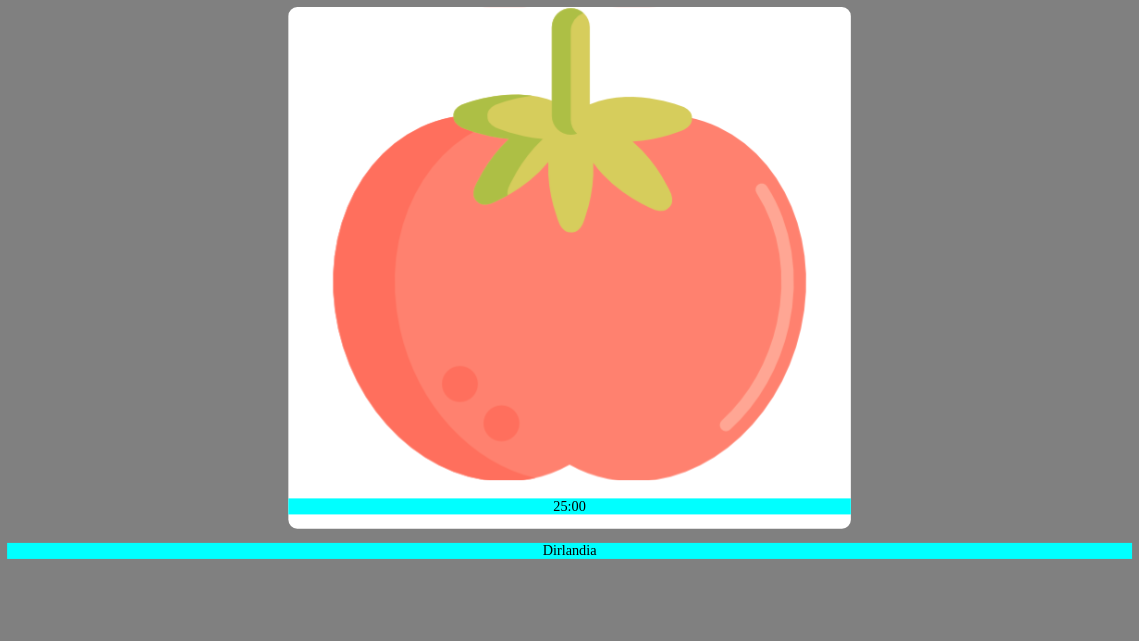
Repository: Dirlandia404/pomodoro
Page: /
The author's editor kept a copy of each file at every save. The page is drawn from the files as they stood at one save, then again after the next save.
The browser window is 1280 px wide. The pictures show the whole page, at 89% of full size.
The project was rebuilt for these pictures with package versions that can differ from the ones it lists, and the page was loaded fresh each time.

Above is the page before, as saved 2021-11-24 23:12:54.

### public/index.html
<!DOCTYPE html>
<html lang="en">

<head>
  <meta charset="utf-8" />
  <link rel="icon" href="%PUBLIC_URL%/image 1.png" />
  <meta name="viewport" content="width=device-width, initial-scale=1" />
  <meta name="theme-color" content="#000000" />
  <meta name="description" content="Web site created using create-react-app" />
  <link rel="apple-touch-icon" href="%PUBLIC_URL%/logo192.png" />
  <!--
      manifest.json provides metadata used when your web app is installed on a
      user's mobile device or desktop. See https://developers.google.com/web/fundamentals/web-app-manifest/
    -->
  <link rel="manifest" href="%PUBLIC_URL%/manifest.json" />
  <!--
      Notice the use of %PUBLIC_URL% in the tags above.
      It will be replaced with the URL of the `public` folder during the build.
      Only files inside the `public` folder can be referenced from the HTML.

      Unlike "/favicon.ico" or "favicon.ico", "%PUBLIC_URL%/favicon.ico" will
      work correctly both with client-side routing and a non-root public URL.
      Learn how to configure a non-root public URL by running `npm run build`.
    -->
  <title>Pomodoro Clock</title>
</head>

<body>
  <noscript>You need to enable JavaScript to run this app.</noscript>
  <div id="root"></div>
  <!--
      This HTML file is a template.
      If you open it directly in the browser, you will see an empty page.

      You can add webfonts, meta tags, or analytics to this file.
      The build step will place the bundled scripts into the <body> tag.

      To begin the development, run `npm start` or `yarn start`.
      To create a production bundle, use `npm run build` or `yarn build`.
    -->
</body>

</html>

### src/index.jsx
import React from "react";
import ReactDOM from "react-dom";
import Clock from "./componentes/Primeiro";

function App() {
    const  tempo ={time:25};

    return(
        <div className="App">
            <Clock trabalho={tempo} />
        </div>
    );
}
ReactDOM.render(
    <App />,
    document.getElementById("root")
)

### src/componentes/Primeiro.jsx
import { useEffect, useState } from "react";
import "./componente.css";

function Clock(props){
  const [time, setTime] = useState(25);

    const tick = () =>{
        if(time === 0){
            reset();
        }else{
            setTime([time -1]);
        }
    }
    const reset = () => setTime(parseInt(time));

    useEffect(() =>{
        const timerId = setInterval(() => tick, 60);
        return () => clearInterval(timerId)
    })
    return (
        <main>
            <form action="">
                <img src="/tomato.svg" alt="Tomate" />
                <p>25:00</p>
            </form>
           <p>Dirlandia</p>
        </main>
    );
}

export default Clock

### src/componentes/componente.css
body{
    background-color: grey;
    text-align: center
}

form{
    background-color: white;
    display: inline-block;
    width: 50%;
    height: 100%;
    border-radius: 10px;
}
img{
    width: 100%;
    height: 20%;
}
p{
    background-color: aqua;
}

After the next save:
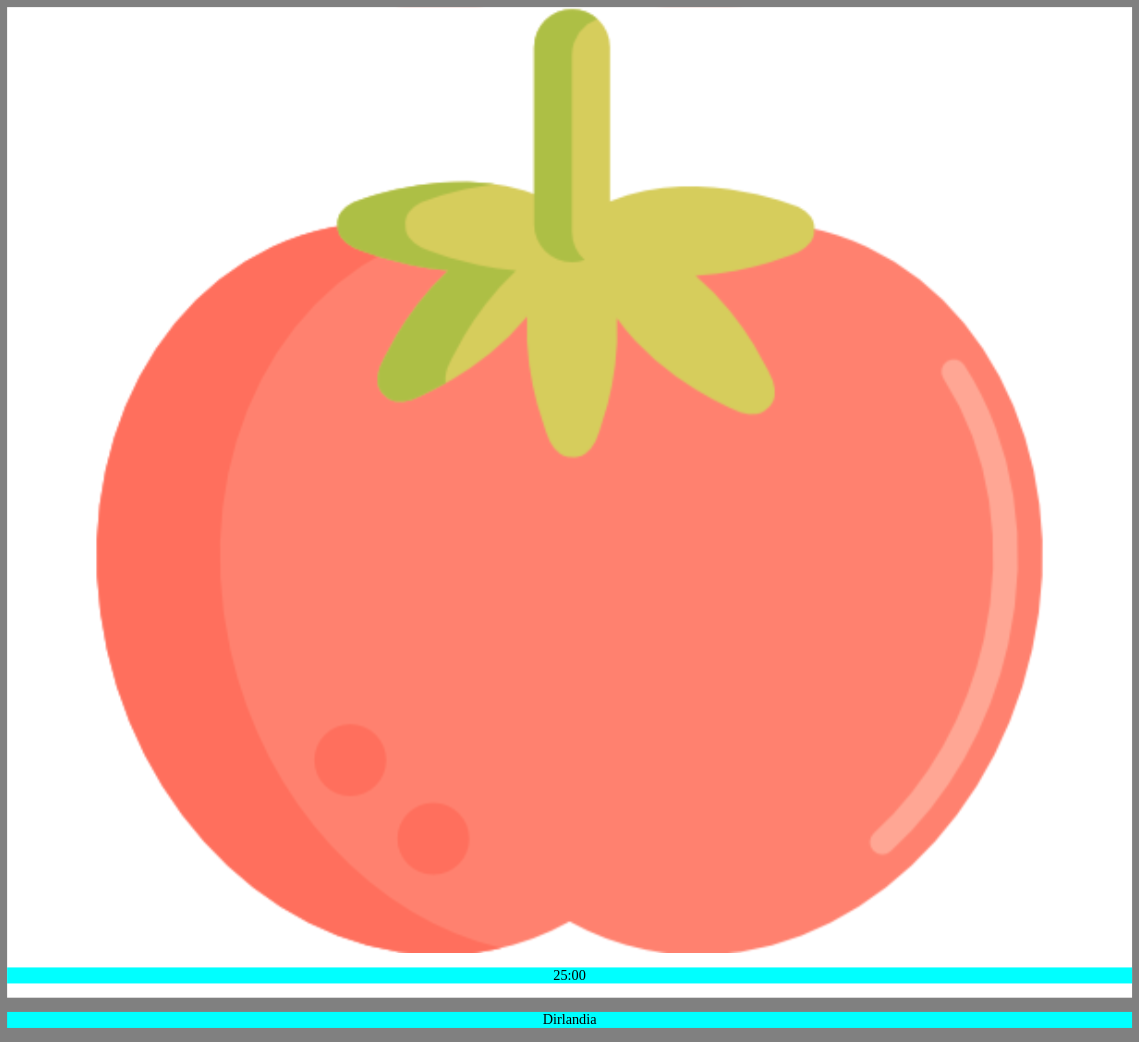
Saved 3 min 15 s later.
--- a/src/componentes/componente.css
+++ b/src/componentes/componente.css
@@ -5,10 +5,8 @@ body{
 
 form{
     background-color: white;
-    display: inline-block;
-    width: 50%;
-    height: 100%;
-    border-radius: 10px;
+    display: flex;
+    flex-direction: column;
 }
 img{
     width: 100%;
